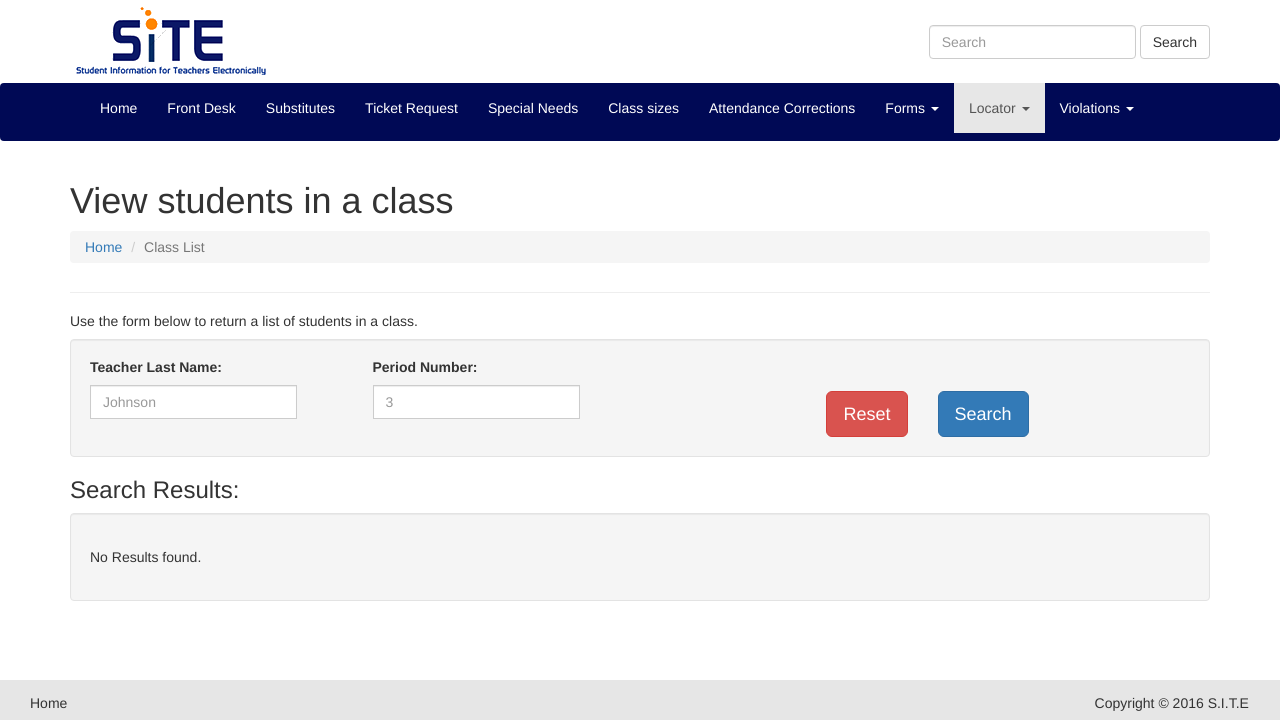
Repository: theFeez/S.I.T.E.
Page: workspace/class_list.html
The author's editor kept a record of every edit. The page is drawn from the files as they stood at one moment, then again after the next edit.
The browser window is 1280 px wide. The pictures show the whole page.
Some web libraries are served in a nearby version.

Above is the page before.

After the next edit:
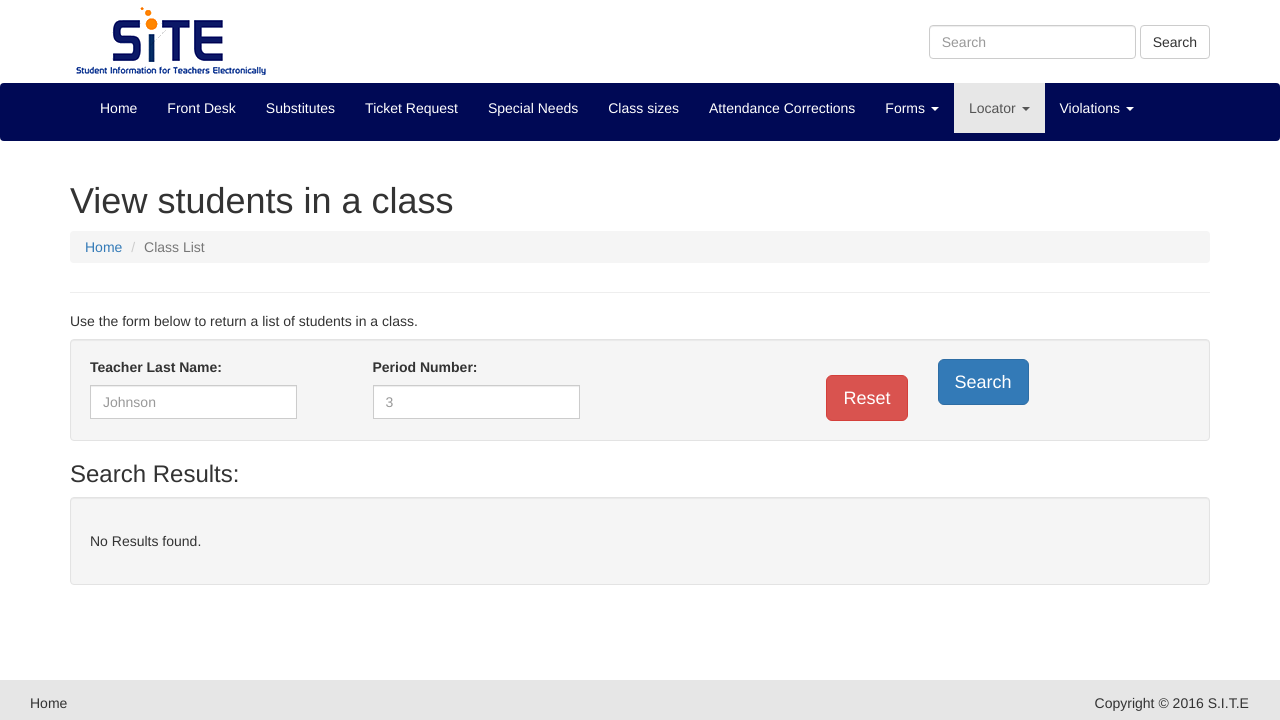
The edit:
--- a/workspace/class_list.html
+++ b/workspace/class_list.html
@@ -133,9 +133,8 @@
             </div>
             <!-- /input-group -->
           </div>
-        <br>
-        <br>
           <div class="col-lg-3">
+                    <br>
             <button type="reset" value="Reset" class="btn btn-lg btn-danger pull-right">Reset</button>
             <!--<button type="button" class="btn btn-lg btn-danger pull-right">&nbsp Clear &nbsp</button>-->
           </div>
